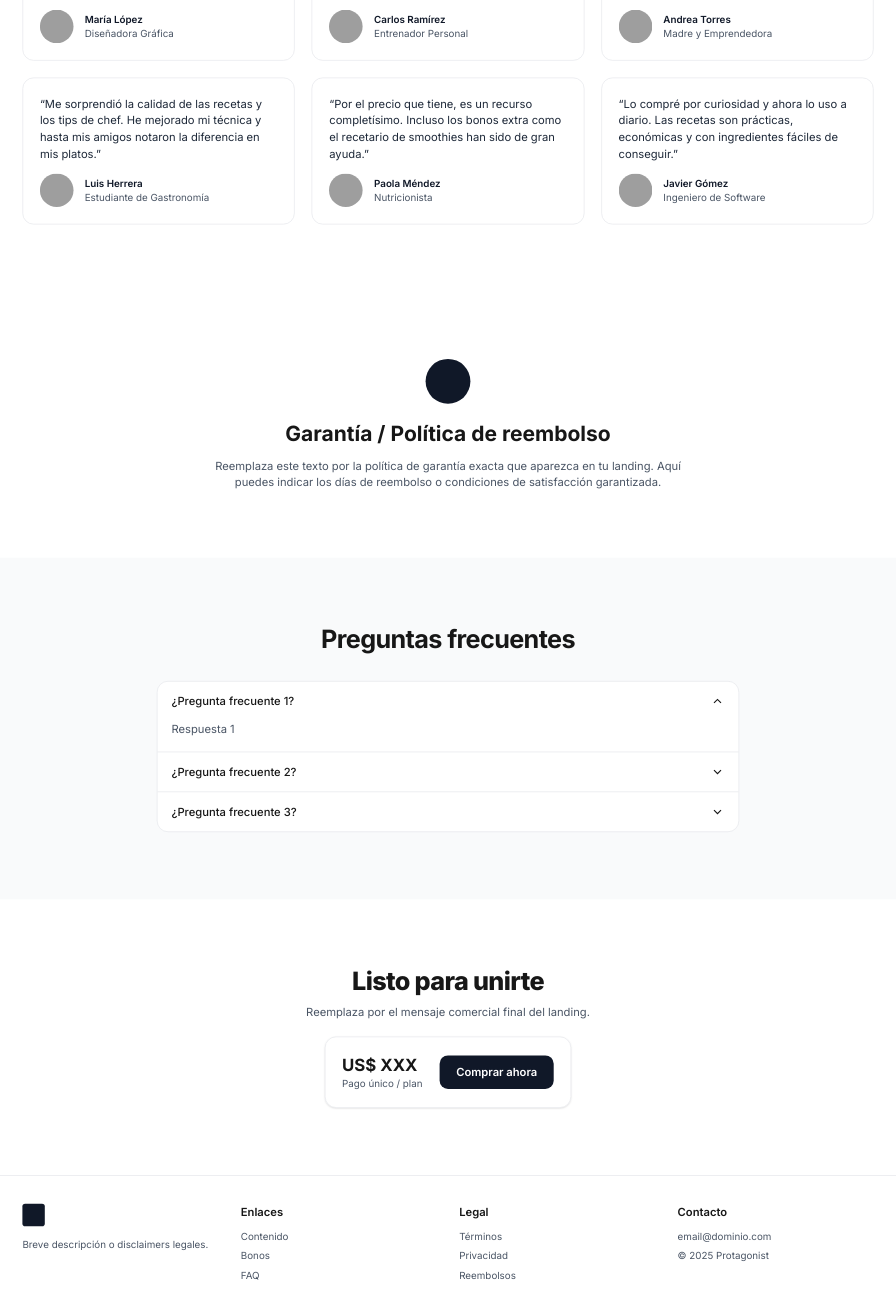
Repository: sazaba/pdfalzate
Page: /
These files come from the project's save history. The page is drawn as it stood at one moment and after the next save; the edit follows.
The browser window is 1280 px wide. The pictures show the part of the page from y = 2334 to 4254 px (the page is 4206 px tall before and 4254 px after), at 70% of full size.
Pictures or frames that could not be fetched are drawn as grey boxes. The project was rebuilt for these pictures with package versions that can differ from the ones it lists, and the page was loaded fresh each time. The framework's server and built-in components were replaced by stand-ins that run in the browser. Also part of the build but not shown: next.config.ts.

Above is the page before, as saved 2025-09-24 12:50:15.

After the next save:
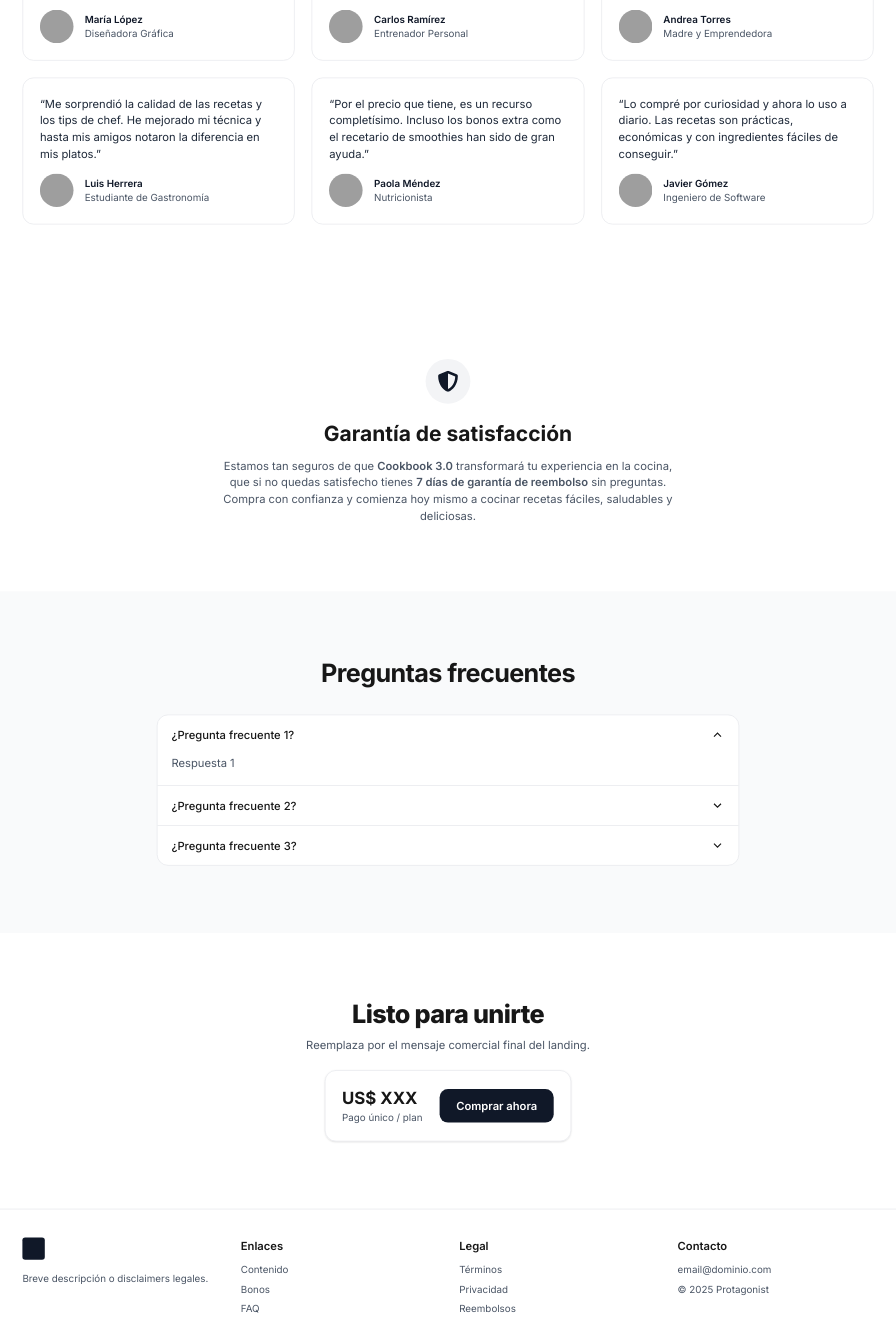
Saved 2 min 9 s later.
--- a/src/app/components/Guarantee.tsx
+++ b/src/app/components/Guarantee.tsx
@@ -1,20 +1,28 @@
+import { FaShieldAlt } from "react-icons/fa";
+
 export default function Guarantee() {
-    return (
-      <section className="py-16 sm:py-24 bg-white">
-        <div className="mx-auto max-w-5xl px-4 sm:px-6 lg:px-8 text-center">
-          {/* Icono o sello de garantía */}
-          <div className="mx-auto h-16 w-16 rounded-full bg-gray-900" />
+  return (
+    <section className="py-16 sm:py-24 bg-white">
+      <div className="mx-auto max-w-5xl px-4 sm:px-6 lg:px-8 text-center">
+        {/* Icono premium de garantía */}
+        <div className="mx-auto h-16 w-16 flex items-center justify-center rounded-full bg-gray-100 text-gray-900">
+          <FaShieldAlt className="text-3xl" />
+        </div>
 
-          <h3 className="mt-6 text-2xl sm:text-3xl font-bold">
-            Garantía / Política de reembolso
-          </h3>
+        <h3 className="mt-6 text-2xl sm:text-3xl font-bold">
+          Garantía de satisfacción
+        </h3>
 
-          <p className="mt-4 text-gray-600 max-w-2xl mx-auto">
-            Reemplaza este texto por la política de garantía exacta que aparezca
-            en tu landing. Aquí puedes indicar los días de reembolso o condiciones
-            de satisfacción garantizada.
-          </p>
-        </div>
-      </section>
-    );
-  }
+        <p className="mt-4 text-gray-600 max-w-2xl mx-auto">
+          Estamos tan seguros de que <span className="font-semibold">Cookbook
+          3.0</span> transformará tu experiencia en la cocina, que si no quedas
+          satisfecho tienes <span className="font-semibold">7 días de garantía
+          de reembolso</span> sin preguntas.
+          <br />
+          Compra con confianza y comienza hoy mismo a cocinar recetas fáciles,
+          saludables y deliciosas.
+        </p>
+      </div>
+    </section>
+  );
+}
